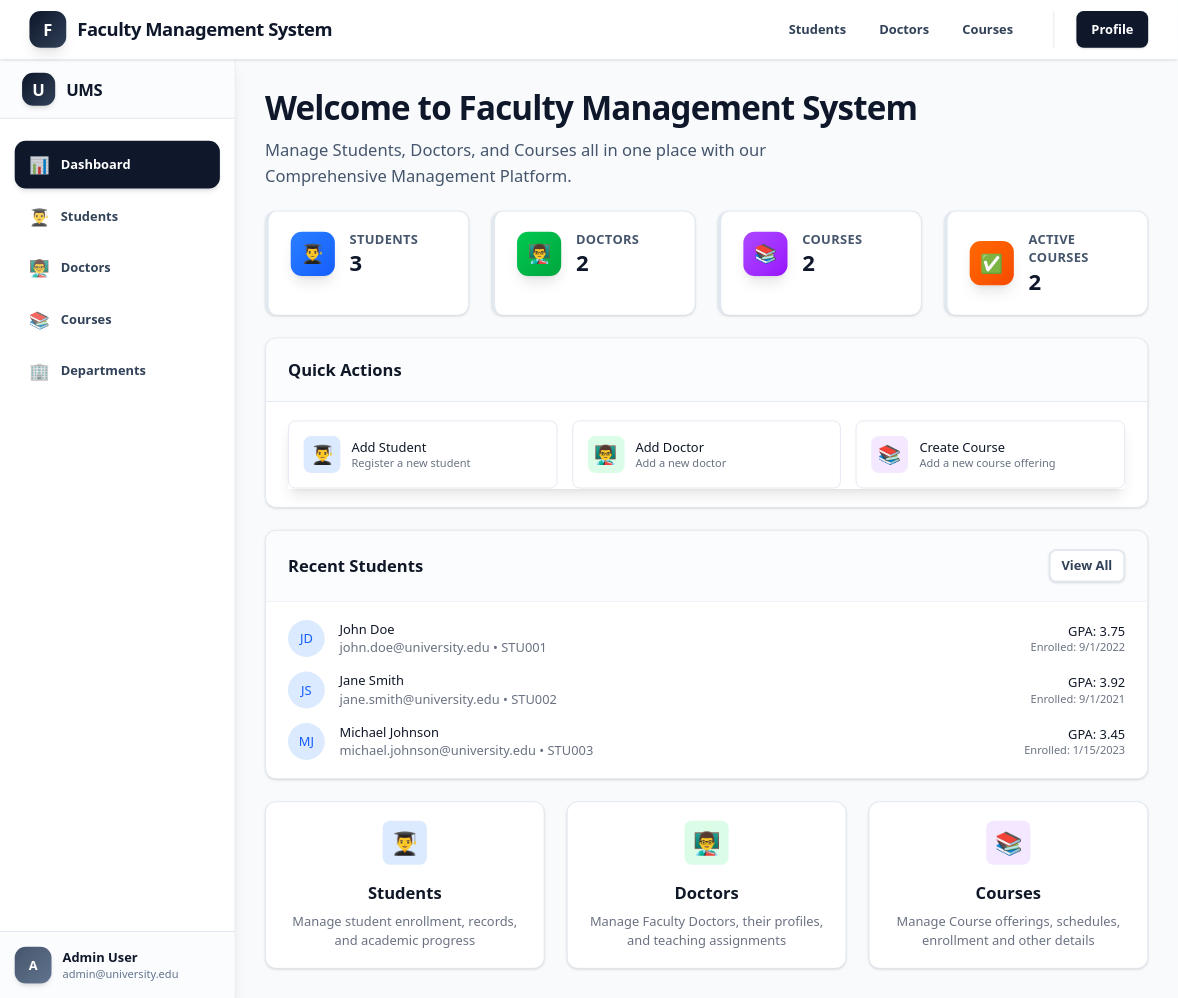
Repository: Mohamedmohsen179/Advanced-DB-Task
Page: / (app in frontend/)
These files come from the project's save history. The page is drawn as it stood at one moment and after the next save; the edit follows.
The browser window is 1280 px wide. The pictures show the whole page, at 92% of full size.
The page's requests for data from a server got no answer. The project was rebuilt for these pictures with package versions that can differ from the ones it lists, and the page was loaded fresh each time. The framework's server and built-in components were replaced by stand-ins that run in the browser. No one was signed in, and anything a server would have sent is missing. Also part of the build but not shown: frontend/next.config.ts.

Above is the page before, as saved 2025-11-28 20:07:56.

After the next save:
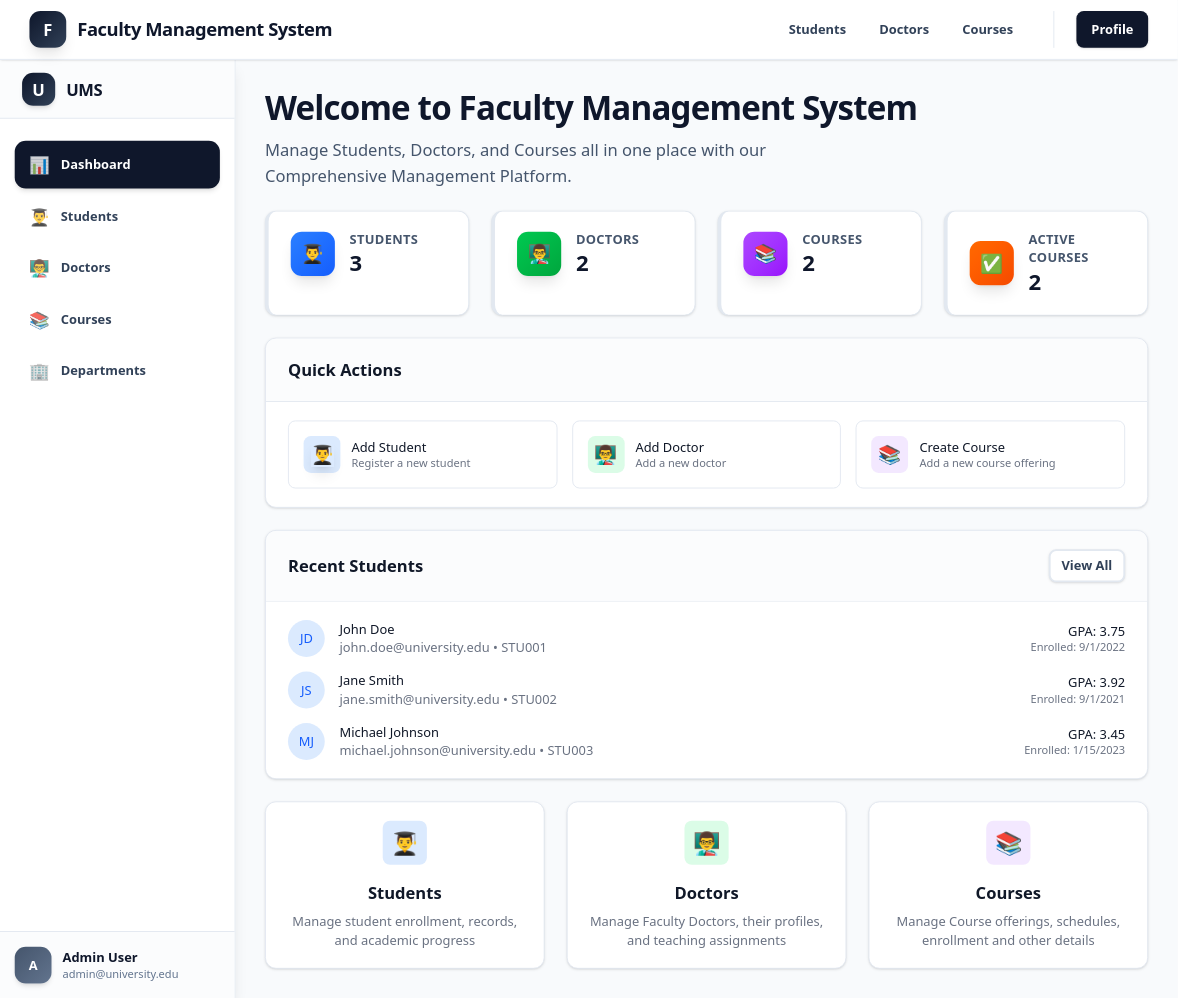
Saved 11 s later.
--- a/frontend/app/page.tsx
+++ b/frontend/app/page.tsx
@@ -142,12 +142,12 @@ export default function Home() {
           <h2 className="text-lg font-semibold text-gray-900 ">Quick Actions</h2>
         </CardHeader>
         <CardContent>
-          <div className="grid grid-cols-1 md:grid-cols-3 gap-4 shadow-lg">
+          <div className="grid grid-cols-1 md:grid-cols-3 gap-4 ">
             <Link href="/students/new">
               <div className="p-4 border border-gray-200 rounded-lg hover:bg-gray-50 transition-colors cursor-pointer">
                 <div className="flex items-center">
                   <div className="w-10 h-10 bg-blue-100 rounded-lg flex items-center justify-center">
-                    <span className="text-blue-600 text-xl">👨‍🎓</span>
+                    <span className="text-blue-600 text-xl shadow-lg" >👨‍🎓</span>
                   </div>
                   <div className="ml-3">
                     <h3 className="text-sm font-medium text-gray-900">Add Student</h3>
